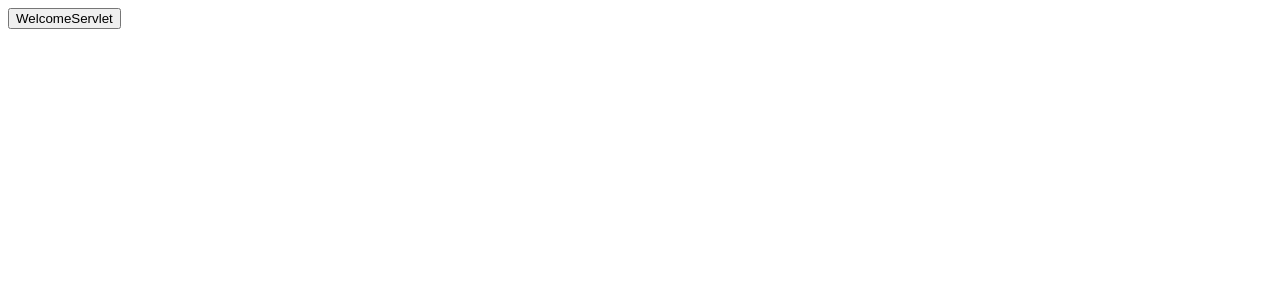
Repository: kasuya7118/test
Page: http://localhost/HelloServlet/
The author's editor kept a copy of each file at every save. The page is drawn from the files as they stood at one save, then again after the next save.
The browser window is 1280 px wide. The pictures show the whole page.
The page is served by Tomcat 9. Other server files are loaded and not shown.

Above is the page before, as saved 2019-10-02 02:30:36.

### HelloServlet/WebContent/index.jsp
<%@ page language="java" contentType="text/html; charset=UTF-8"
    pageEncoding="UTF-8"%>
<!DOCTYPE html >
<html>
<head>
<meta  charset="UTF-8">
<title>HelloServlet</title>
</head>
<body>
<input type="button" value="WelcomeServlet" onClick="location.href='welcome.jsp'">

</body>
</html>

After the next save:
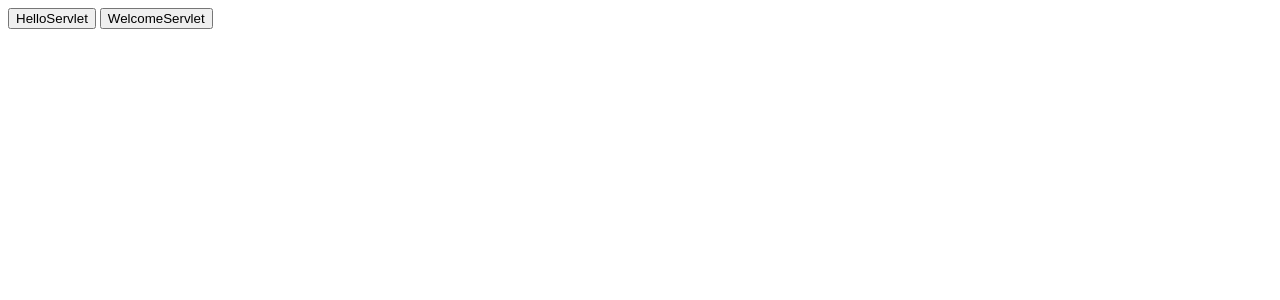
Saved 110 s later.
--- a/HelloServlet/WebContent/index.jsp
+++ b/HelloServlet/WebContent/index.jsp
@@ -7,6 +7,8 @@
 <title>HelloServlet</title>
 </head>
 <body>
+<input type="button" value="HelloServlet" onClick="location.href='HelloServlet'">
+
 <input type="button" value="WelcomeServlet" onClick="location.href='welcome.jsp'">
 
 </body>
